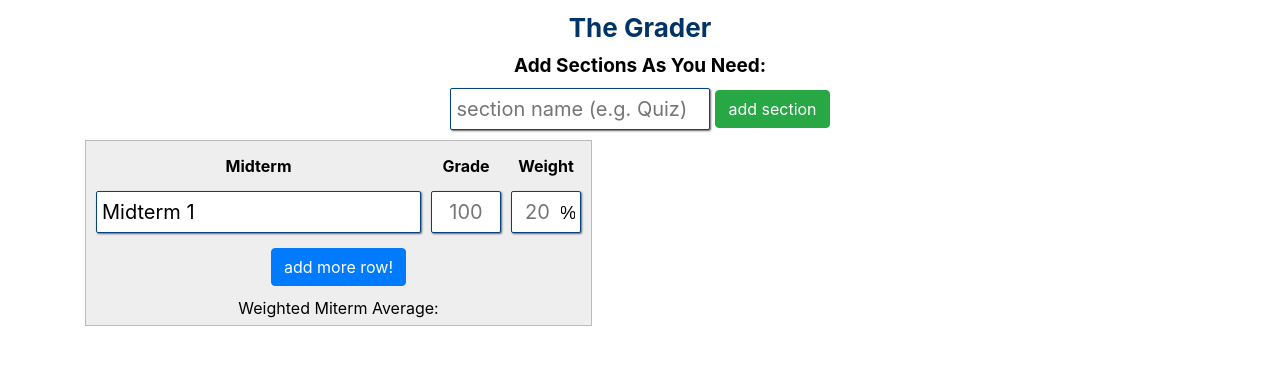
Repository: BarishNamazov/BarishNamazov.github.io
Page: thegrader/index.html
An editor plug-in stored every save of this project. The page is shown before and after the next save, followed by the edit.
The browser window is 1280 px wide. The pictures show the whole page.

Above is the page before, as saved 2020-10-31 17:36:20.

After the next save:
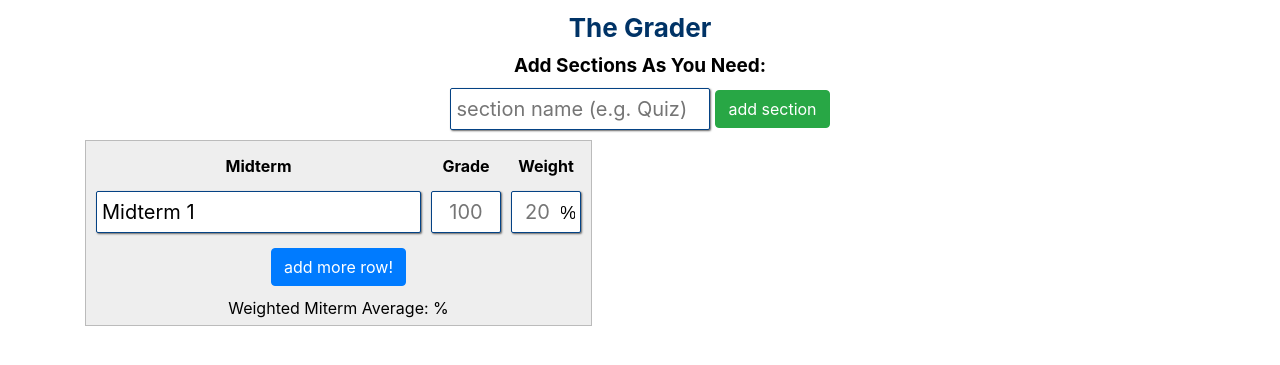
Saved 39 s later.
--- a/thegrader/index.html
+++ b/thegrader/index.html
@@ -48,7 +48,7 @@
                   <button class="btn btn-primary rowAdder" id="section1RowAdder">add more row!</button>
 
                   <div class="gradeBar">
-                    Weighted Miterm Average: <span class="s"
+                    Weighted Miterm Average: <span class="sectionAverage"></span>%
                   </div>
                 </td>
               </tr>
